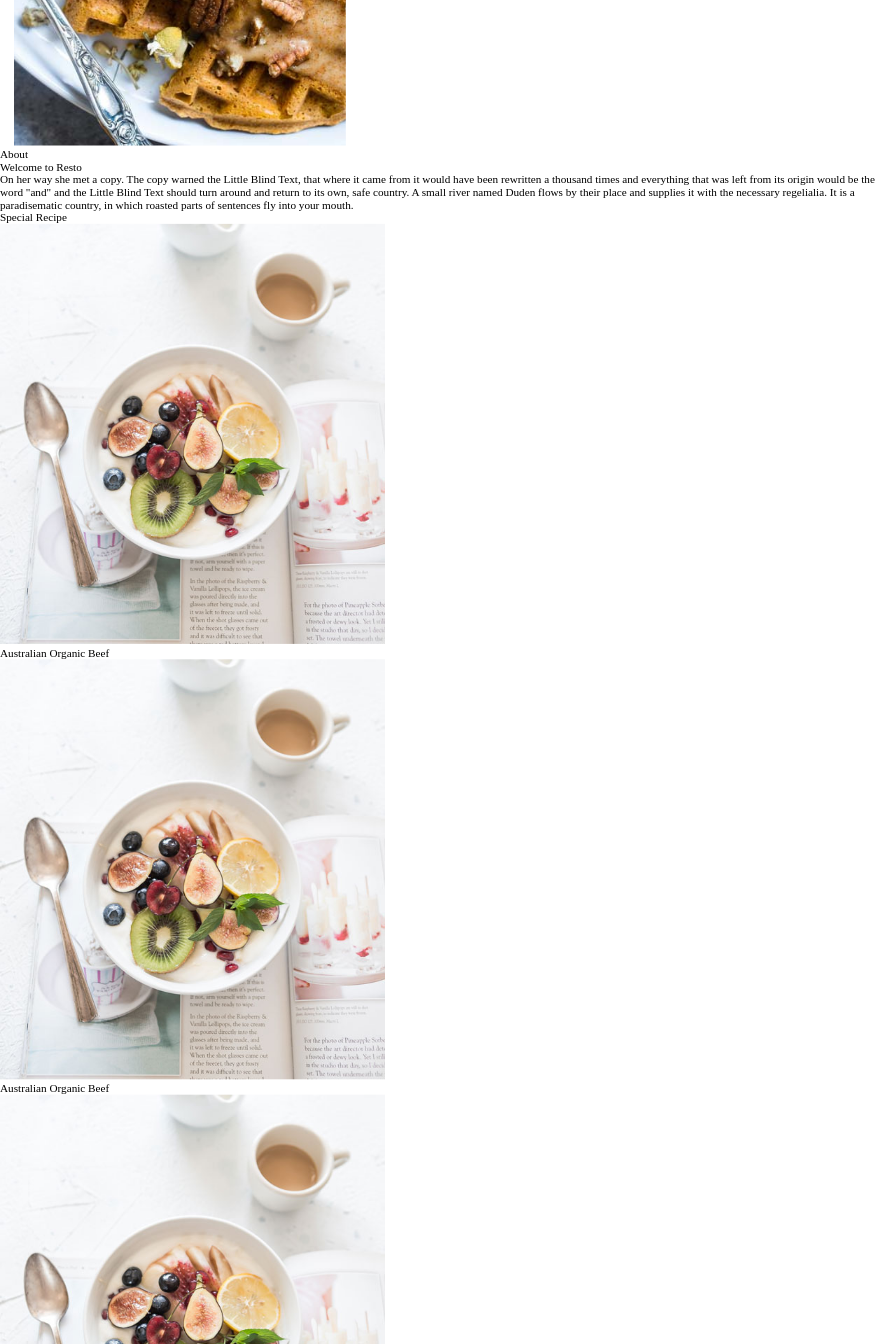
Repository: nguyenanhtuanHDU/myrestaurant
Page: index.html
The author's editor kept a copy of each file at every save. The page is drawn from the files as they stood at one save, then again after a run of saves.
The browser window is 1280 px wide. The pictures show the part of the page from y = 1297 to 3217 px (the page is 3483 px tall before and 3537 px after), at 70% of full size.

Above is the page before, as saved 2022-02-01 01:52:46.

### index.html
<!DOCTYPE html>
<html lang="en">
<head>
    <meta charset="UTF-8">
    <meta http-equiv="X-UA-Compatible" content="IE=edge">
    <meta name="viewport" content="width=device-width, initial-scale=1.0">
    <link rel="stylesheet" href="./assets/style.css">
    <link rel="stylesheet" href="./assets/icon/fontawesome-free-5.15.4-web/css/all.css">
    <link rel="stylesheet" href="./assets/main.js">
    <link rel="stylesheet" href="./aos/aos.css">
    <title>Resto</title>

</head>
<body>
    <div id="main">
        <div id="header">

            <i class="fas fa-bars" ></i>

            <ul id="nav_1" >
                <li><a href="">Home</a></li>
                <li><a href="">About</a></li>
                <li>
                <a href="">
                    Special Dishes
                    <i class="fas fa-caret-down"></i>
                </a>
                <ul class="subnav_1">
                    <li><a href="">
                        <i class="fas fa-angle-right"></i>
                        Beef Steak Sauce
                    </a></li>
                    <li><a href="">
                        <i class="fas fa-angle-right"></i>
                        Salmon Zucchini
                    </a></li>
                </ul>
                </li>
            </ul>

            <img src="./assets/image/logo.png" alt="" class="img_header" >

            <div id="nav_2">
                <ul>
                    <li><a href="">Menu</a></li>
                    <li><a href="">Team</a></li>
                    <li><a href="">Reservation</a></li>
                </ul>
            </div>

            <i class="fas fa-search"></i>

        </div>

        <div id="introduce">

            <div class="content">
                <h1 class="content_heading1">We Love</h1>
                <h1 class="content_heading2">Delicious Foods!</h1>
                <div class="list_content">
                    <img src="/assets/image/Content/1.png" alt="" class="img_content">
                    <img src="/assets/image/Content/2.png" alt="" class="img_content">
                    <img src="/assets/image/Content/3.png" alt="" class="img_content">

                </div>

                <div class="slider_dish">
                    <img class="img_dish" src="./assets/image/hero-1.jpg" >
                    <img class="img_dish" src="./assets/image/hero-2.jpg" >
                    <img class="img_dish" src="./assets/image/hero-3.jpg" >
                </div>
            </div>



            <div class="about">
                <img src="./assets/image/hero-2.jpg" alt="" class="img_about">
                <div class="about_content">
                    <div class="about_heading">About</div>
                    <div class="about_title">Welcome to Resto </div>
                    <div class="content_para">On her way she met a copy. The copy warned the Little Blind Text, that where it came from it would have been rewritten a thousand times and everything that was left from its origin would be the word "and" and the Little Blind Text should turn around and return to its own, safe country. A small river named Duden flows by their place and supplies it with the necessary regelialia. It is a paradisematic country, in which roasted parts of sentences fly into your mouth.

                    </div>

                    <div class="about_dish">
                        <div class="dish_title">Special Recipe </div>
                        <div class="list_dish">
                            <div class="dish_items">
                                <img src="./assets/image/hero-1.jpg" alt="" class="dish_img">
                                <div class="dish_name">Australian Organic Beef</div>
                            </div>
                            <div class="dish_items">
                                <img src="./assets/image/hero-1.jpg" alt="" class="dish_img">
                                <div class="dish_name">Australian Organic Beef</div>
                            </div>
                            <div class="dish_items">
                                <img src="./assets/image/hero-1.jpg" alt="" class="dish_img">
                                <div class="dish_name">Australian Organic Beef</div>
                            </div>

                        </div>
                    </div>
                </div>
            </div>
        </div>

        <div id="special">

        </div>

        <div id="menu">

        </div>

        <div id="team">

        </div>

        <div id="book">

        </div>

        <div id="footer">

        </div>
    </div>


    <script src="./assets/main.js">

    </script>
    <script src="./aos/aos.js">
        AOS.init();

    </script>


</body>
</html>

### assets/style.css
*{
    margin: 0;
    padding: 0;
    box-sizing: border-box;
}

#header{

    margin-top: 45px;
    margin-left: 150px;
}
#header .fa-bars:hover{
    color: #45b8ac;
    cursor: pointer;
    transform: rotate(360deg);
    transition: .6s ease;
}
#header .fa-bars{
    display: inline-block;
    margin-right: 140px;
    font-size: 20px;
}
#header .fa-search{
    font-size: 20px;
    margin-left: 150px;
}
#header .fa-search:hover{
    color: #45b8ac;
    cursor: pointer;
    font-size: 30px;
    transition: 0.4s ease;
}
#nav_1{
    display: inline-block;

}
#nav_1 > li {
    display: inline-block;
    position: relative;
}
#nav > li:hover{
    display: block;
}

#nav_1 > li > a {
    position: relative;
    font-family: Helvetica, Arial, sans-serif;
    opacity: 0.8;
    display: block;
    color: black;
    text-decoration: none;
    padding: 6px 8px;
}
#nav_1 > li > a:before {
    content: '';
    position: absolute;
    bottom: 0;
    left: 0;
    background-color: #45b8ac;
    height: 3px;
    width: 0%;
    transition: 0.6s ease ;
}
#nav_1 > li > a:hover:before {
    width: 100%;
}
#nav_1 li:hover .subnav_1{
    display: block;
    animation: subnav-1 1s ease ;
}
@keyframes subnav-1{
    0%{
        opacity: 0;
        left: 100px;
    }
    50%{
        left: -20px;
    }
    100%{
        left: 0;
    }

}
.subnav_1{
    position: absolute;
    top: 30px;
    opacity: 1;
    width: 162px;
    display: none;
    z-index: 2;
    overflow: hidden;
    border-top-right-radius: 19px;
    border-bottom-right-radius: 19px;
    box-shadow: rgba(0, 0, 0, 0.35) 0px 5px 15px;
}
.subnav_1 li{
    display: block;
}
.subnav_1 li a:hover{
    background-color: #45b8ac;
    color: white;
}
.subnav_1 li a{
    position: relative;
    font-family: Helvetica, Arial, sans-serif;
    opacity: 0.8;
    color: black;
    text-decoration: none;
    padding: 6px 8px;
    display: block;
}
.subnav_1 li a:before{
    content: '';
    position: absolute;
    top: 0;
    left: 0;
    background-color: #45b8ac;
    height: 100%;
    width: 0%;
    z-index: -1;
}
.subnav_1 li a:hover:before{
    color: white;
}



.img_header{
    width: 117.25px;
    height: 50px;
    margin-left: 78px;
    margin-right: 94px;
}
#nav_2{
    display: inline-block;
}
#nav_2 li {
    display: inline-block;
}

#nav_2 li a {
    position: relative;
    text-decoration: none;
    color: black;
    font-family: Helvetica, Arial, sans-serif;
    opacity: 0.8;
    padding: 6px 8px;
}
#nav_2 li a:before {
    content: '';
    position: absolute;
    bottom: 0;
    left: 0;
    background-color: #45b8ac;
    height: 3px;
    width: 0%;
    transition: 0.6s ease;
}
#nav_2 li a:hover:before {
    width: 100%;
}
#introduce{
    position: relative;
    height: 2000px;
}
.content{
    position: absolute;
    top: 86px;
    left: 50px;
}
.content_heading1{
    font-size: 3.5rem;
    font-weight: 300;
    line-height: 1.2;
}
.content_heading2{
    font-size: 3.5rem;
    font-weight: 300;
    line-height: 1.2;
    padding-top: 14px;
    padding-bottom: 59px;
}
.slider_dish{

}
.img_dish{
    position: absolute;
    width: 545px;
    height: 292px;
    object-fit: cover;
    top: 11px;
    left: 167%;
    box-shadow: rgba(0, 0, 0, 0.35) 0px 5px 15px;
    border-radius: 20px;
}
.about{
    position: absolute;
    top: 700px;
}
.img_about{
    width: 474px;
    height: 700px;
    object-fit: cover;
    margin-left: 20px;
}

### assets/main.js

var myIndex = 0;
        carousel();

        function carousel() {
          var i;
          var x = document.getElementsByClassName("img_dish");
          for (i = 0; i < x.length; i++) {
            x[i].style.display = "none";
          }
          myIndex++;
          if (myIndex > x.length) {myIndex = 1}
          x[myIndex-1].style.display = "block";
          setTimeout(carousel, 3000);
        }

Loaded but not shown: assets/icon/fontawesome-free-5.15.4-web/css/all.css (library); aos/aos.css (library); aos/aos.js (library)

After the next 2 saves:
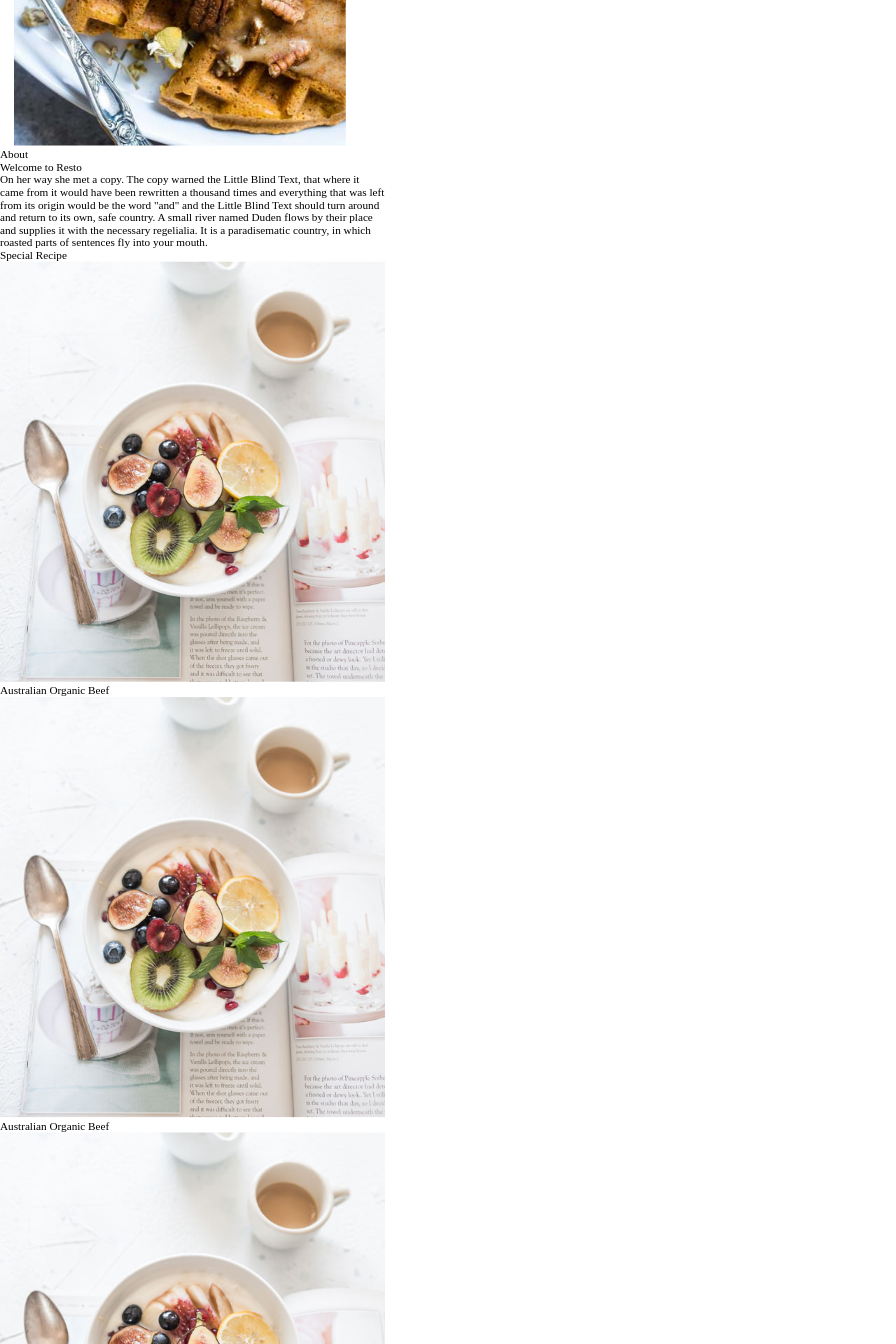
The 2 saves are shown as one change because they came seconds apart.
The last was saved 25 s later.
--- a/assets/style.css
+++ b/assets/style.css
@@ -203,3 +203,6 @@
     object-fit: cover;
     margin-left: 20px;
 }
+.about_content{
+    position: absolute;
+}
